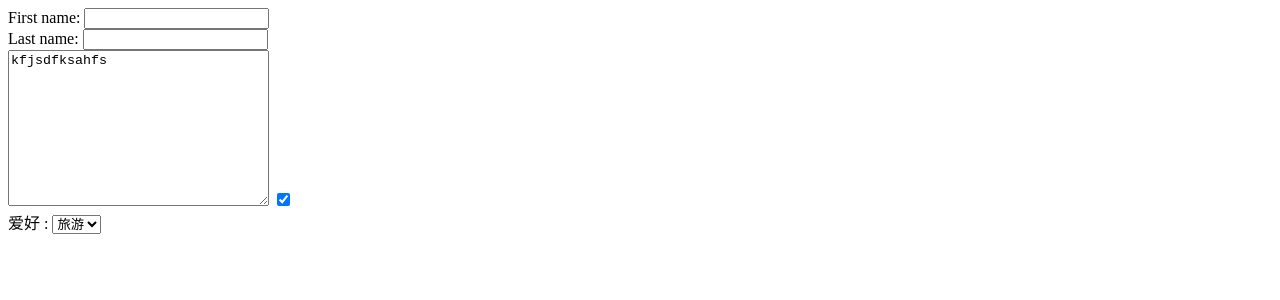
Repository: N1connys/person
Page: review.html
The author's editor kept a copy of each file at every save. The page is drawn from the files as they stood at one save, then again after a run of saves.
The browser window is 1280 px wide. The pictures show the whole page.

Above is the page before, as saved 2023-02-20 21:22:59.

After the next 2 saves:
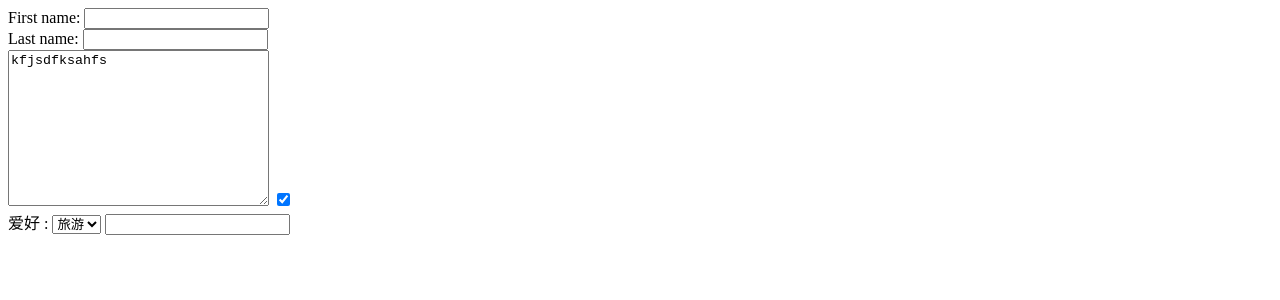
The 2 saves are shown as one change because they came seconds apart.
The last was saved 5 s later.
--- a/review.html
+++ b/review.html
@@ -23,6 +23,7 @@
     <option value=" 运动 "> 运动 </option>
     <option value=" 购物 "> 购物 </option>
     </select>
+    <input type="text">
 </form>
 
 </body>

After the save that followed:
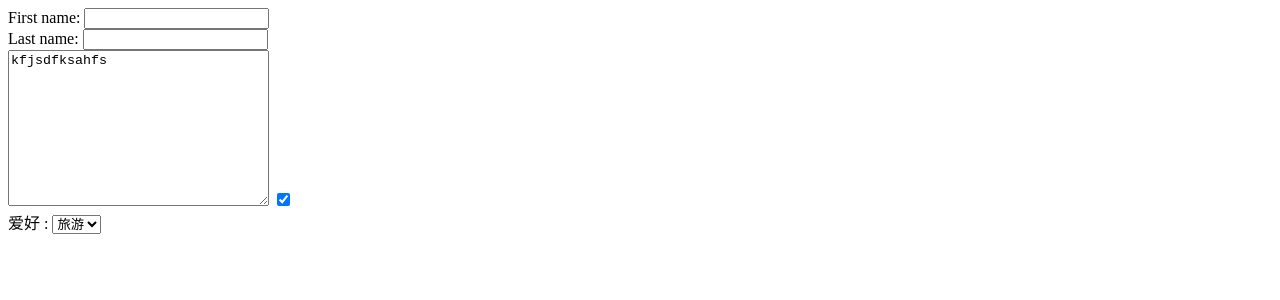
Saved 4 s later.
--- a/review.html
+++ b/review.html
@@ -23,7 +23,7 @@
     <option value=" 运动 "> 运动 </option>
     <option value=" 购物 "> 购物 </option>
     </select>
-    <input type="text">
+    <input type=">
 </form>
 
 </body>
